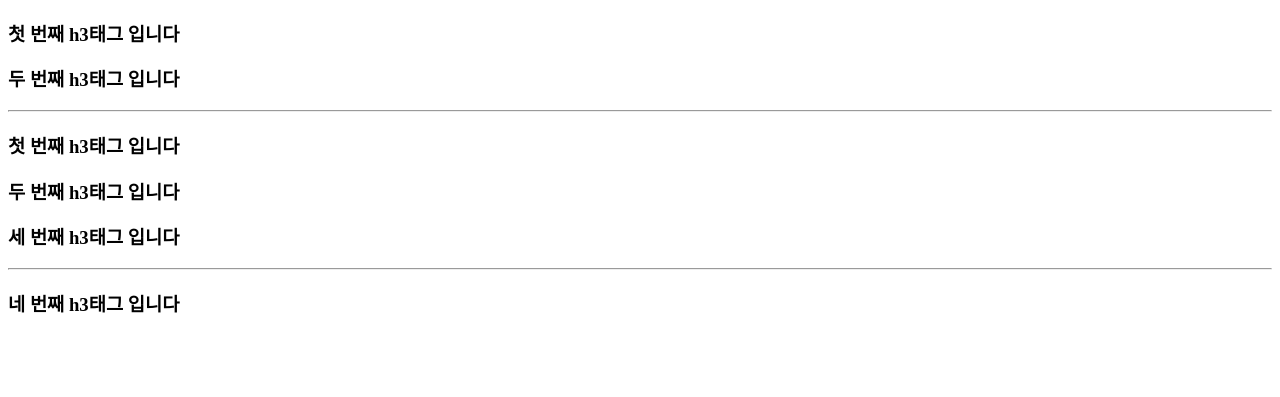
Repository: HyoJun00/Vue_JS
Page: Component/src/main/webapp/index.html
An editor plug-in stored every save of this project. The page is shown before and after the next save, followed by the edit.
The browser window is 1280 px wide. The pictures show the whole page.

Above is the page before, as saved 2025-07-15 05:47:01.

### Component/src/main/webapp/index.html
<!DOCTYPE html>
<html>
<head>
<meta charset="UTF-8">
<title>Insert title here</title>
<script src="https://cdn.jsdelivr.net/npm/vue@2"></script>
<script>
	Vue.component('component1', {
		template : '<div>'
				 + '<h3>첫 번째 h3태그 입니다</h3>'
				 + '<h3>두 번째 h3태그 입니다</h3>'
				 + '</div>'
	})

	Vue.component('component2', {
		template : '<h3>세 번째 h3태그 입니다</h3>'
	})

	window.onload = function(){
		var test1 = new Vue({
			el : '#test1'
		})

		var test2 = new Vue({
			el : '#test2'
		})

		var test3 = new Vue({
			el : '#test3',
			components : {
				'component3' : {
					template : '<h3>네 번째 h3태그 입니다</h3>'
				},
				'component4' : {
					template : '<h3>다섯 번째 h3태그 입니다</h3>'
				}
			}
		})
	}
</script>
</head>
<body>
	<div id="test1">
		<component1></component1>
	</div>
	<hr/>
	<div id="test2">
		<component1></component1>
		<component2></component2>
		<!-- <component3></component3> -->
	</div>
	<hr/>
	<div id="test3">
		<component3></component3>
	</div>
</body>
</html>

After the next save:
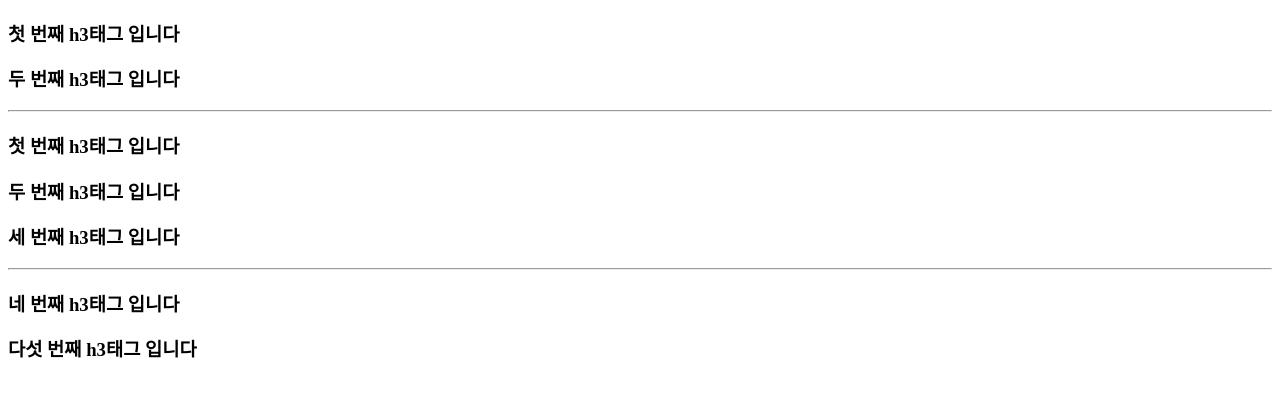
Saved 8 s later.
--- a/Component/src/main/webapp/index.html
+++ b/Component/src/main/webapp/index.html
@@ -52,6 +52,7 @@
 	<hr/>
 	<div id="test3">
 		<component3></component3>
+		<component4></component4>
 	</div>
 </body>
 </html>
